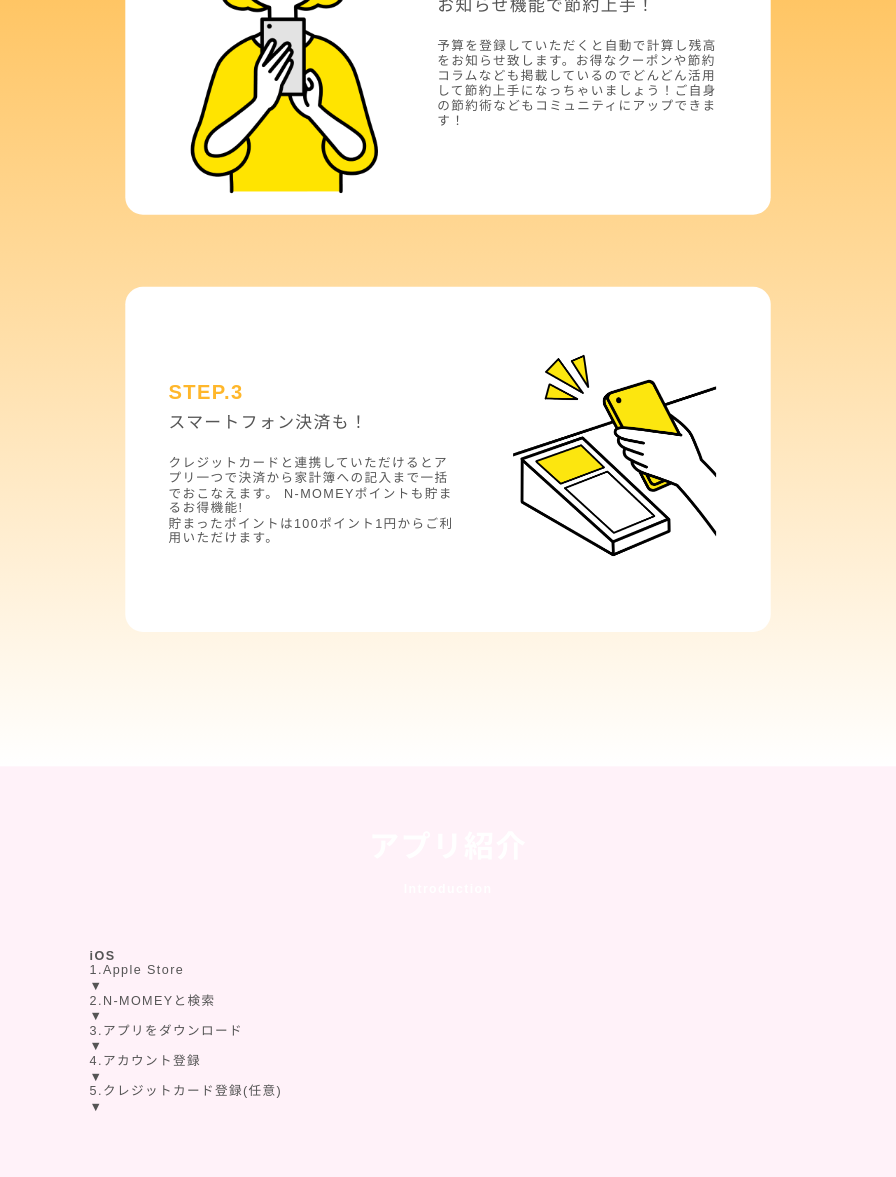
Repository: nozomi-23/lp2_test
Page: index.html
The author's editor kept a copy of each file at every save. The page is drawn from the files as they stood at one save, then again after a run of saves.
The browser window is 1280 px wide. The pictures show the part of the page from y = 2084 to 4004 px (the page is 3766 px tall before and 4004 px after), at 70% of full size.
Some web fonts or font styles are not loaded; a fallback is used.

Above is the page before, as saved 2022-06-18 15:17:16.

After the next 2 saves:
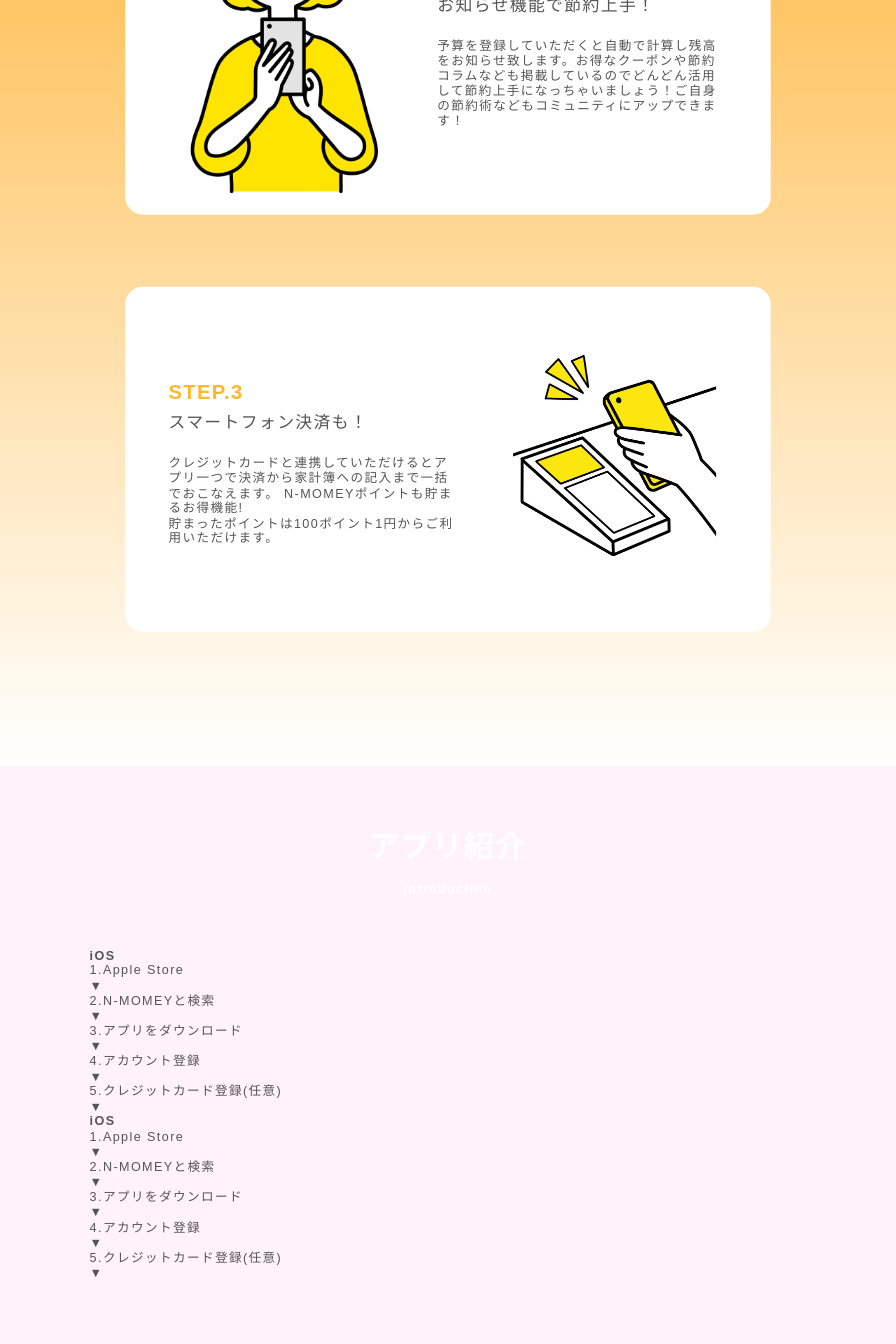
The 2 saves are shown as one change because they came seconds apart.
The last was saved 19 s later.
--- a/index.html
+++ b/index.html
@@ -152,6 +152,21 @@
           <p>▼</p>
         </ul>
       </div>
+      <div class="how_wrapper_item">
+        <h5>iOS</h5>
+        <ul>
+          <li>1.Apple Store</li>
+          <p>▼</p>
+          <li>2.N-MOMEYと検索</li>
+          <p>▼</p>
+          <li>3.アプリをダウンロード</li>
+          <p>▼</p>
+          <li>4.アカウント登録</li>
+          <p>▼</p>
+          <li>5.クレジットカード登録(任意)</li>
+          <p>▼</p>
+        </ul>
+      </div>
     </div>
   </div>
 </section>
